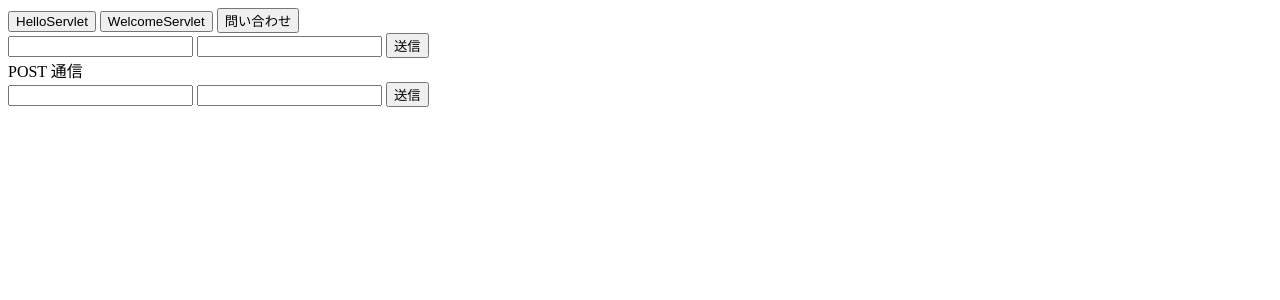
Repository: MurayamaMura/HelloServlet
Page: http://localhost/HelloServlet/
These files come from the project's save history. The page is drawn as it stood at one moment and after the next save; the edit follows.
The browser window is 1280 px wide. The pictures show the whole page.
The page is served by Tomcat 9. Other server files are loaded and not shown.

Above is the page before, as saved 2018-04-27 10:50:01.

### HelloServlet/WebContent/index.jsp
<%@ page language="java" contentType="text/html; charset=UTF-8"
pageEncoding="UTF-8"%>
<!DOCTYPE html>
<html>
<head>
<meta charset="UTF-8">
<title>HelloServlet</title>
</head>
<body>
<input type="button" value="HelloServlet" onClick="location.href='HelloServlet'">
<input type="button" value="WelcomeServlet" onClick="location.href='Welcome.jsp'">
<input type="button" value="問い合わせ" onClick="location.href='inquiry.jsp'">

<form method="get" action="TestServlet">
<input type="text" name="username">
<input type="password" name="password">
<input type="submit" value="送信">
</form>
POST 通信
<form method="post" action="TestServlet">
<input type="text" name="username">
<input type="password" name="password">
<input type="submit" value="送信">
</form>

</body>



</html>

After the next save:
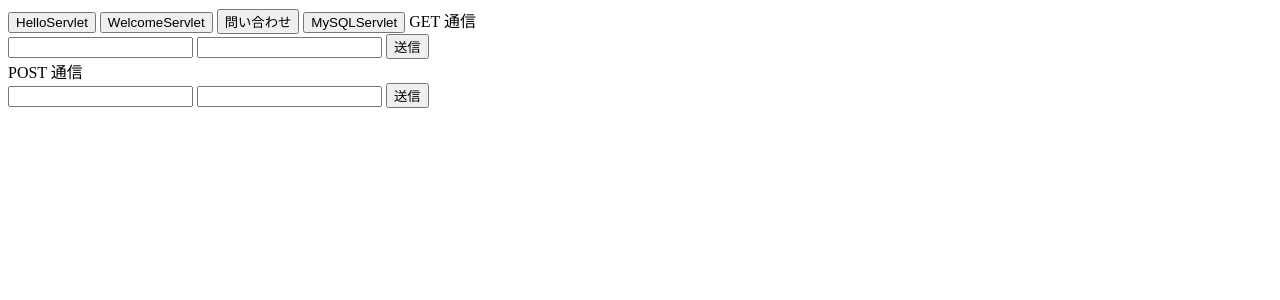
Saved 16 min 56 s later.
--- a/HelloServlet/WebContent/index.jsp
+++ b/HelloServlet/WebContent/index.jsp
@@ -10,7 +10,9 @@
 <input type="button" value="HelloServlet" onClick="location.href='HelloServlet'">
 <input type="button" value="WelcomeServlet" onClick="location.href='Welcome.jsp'">
 <input type="button" value="問い合わせ" onClick="location.href='inquiry.jsp'">
+<input type="button" value="MySQLServlet" onClick="location.href='MySQLSevlet'">
 
+GET 通信
 <form method="get" action="TestServlet">
 <input type="text" name="username">
 <input type="password" name="password">
